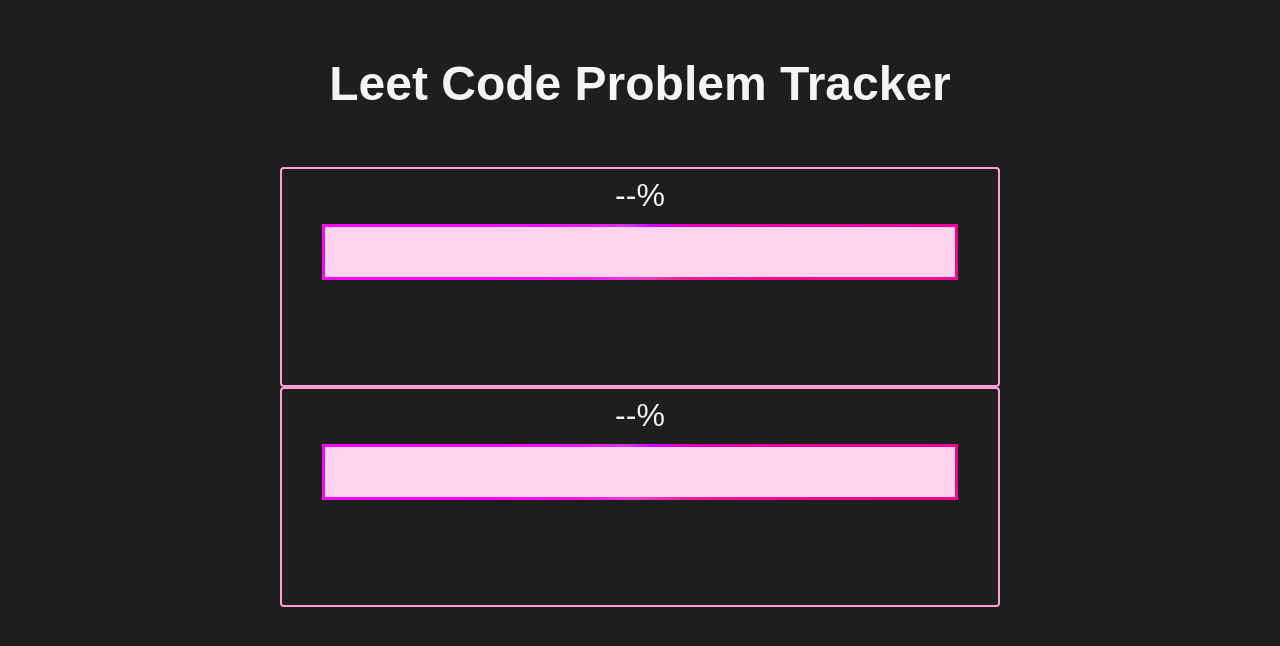
Repository: bbrockbrown/leet-code-tracker
Page: index.html
These files come from the project's save history. The page is drawn as it stood at one moment and after the next save; the edit follows.
The browser window is 1280 px wide. The pictures show the whole page.

Above is the page before, as saved 2024-07-28 17:03:48.

After the next save:
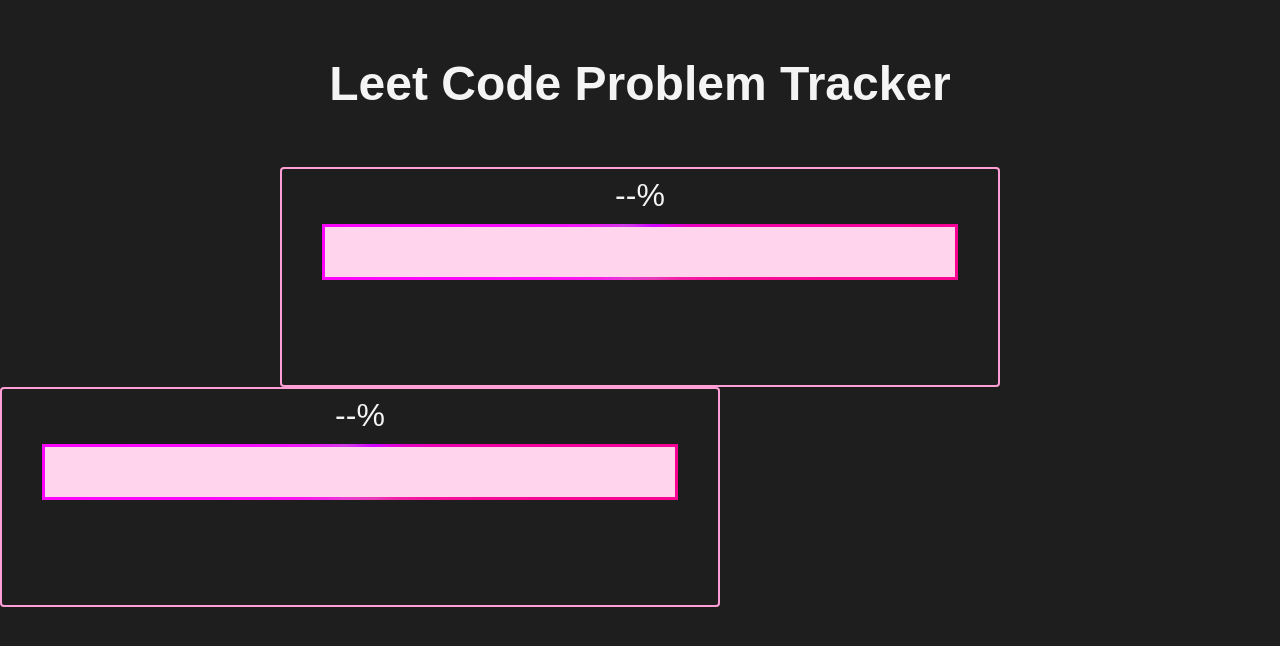
Saved 7 min 14 s later.
--- a/index.html
+++ b/index.html
@@ -17,8 +17,15 @@
         <div class="todo-tracking">
             <div class="todo-percent">--%</div>
             <div class="progressbar" id="todo-bar"> <!--% Container for progressbar --> </div>
-            <div class="todo-problem-container">
-                <div class="question"></div>
+            <table>
+                <tbody>
+                    <tr>
+                        <th></th>
+                        <th></th>
+                        <th></th>
+                    </tr>
+                </tbody>
+            </table>
             </div>
         </div>
 

After the save that followed:
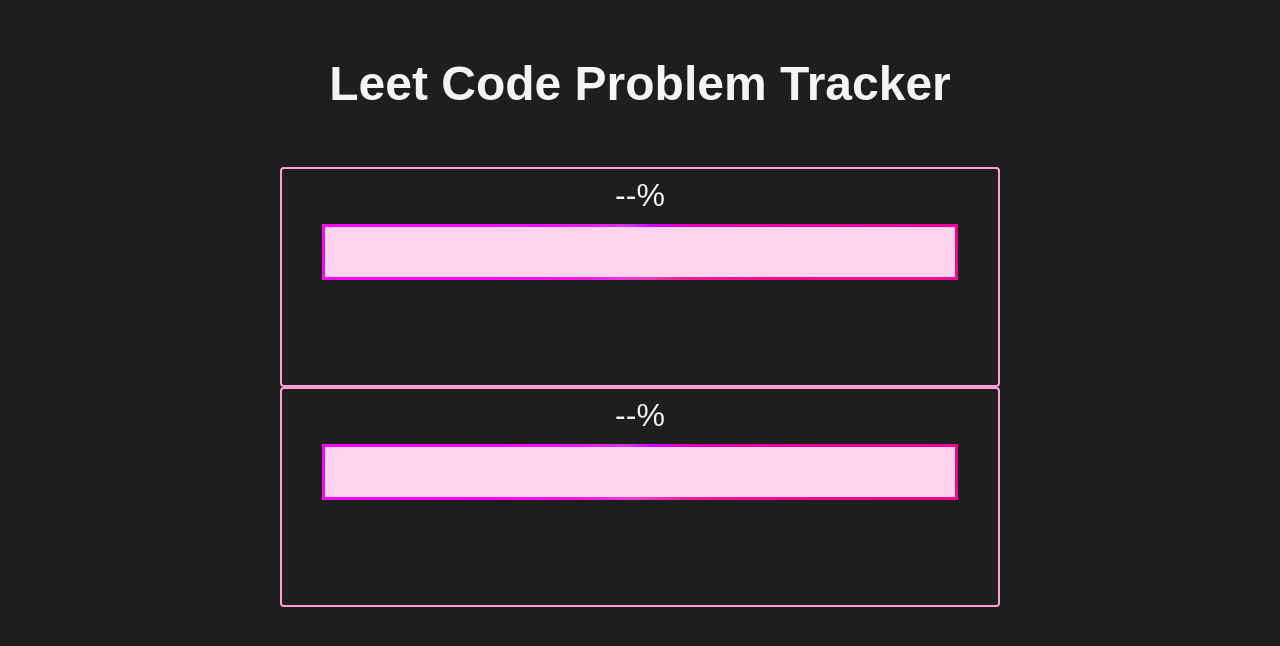
Saved 9 s later.
--- a/index.html
+++ b/index.html
@@ -26,7 +26,6 @@
                     </tr>
                 </tbody>
             </table>
-            </div>
         </div>
 
         <!-- Brings to page with links to completed problems, area to write
